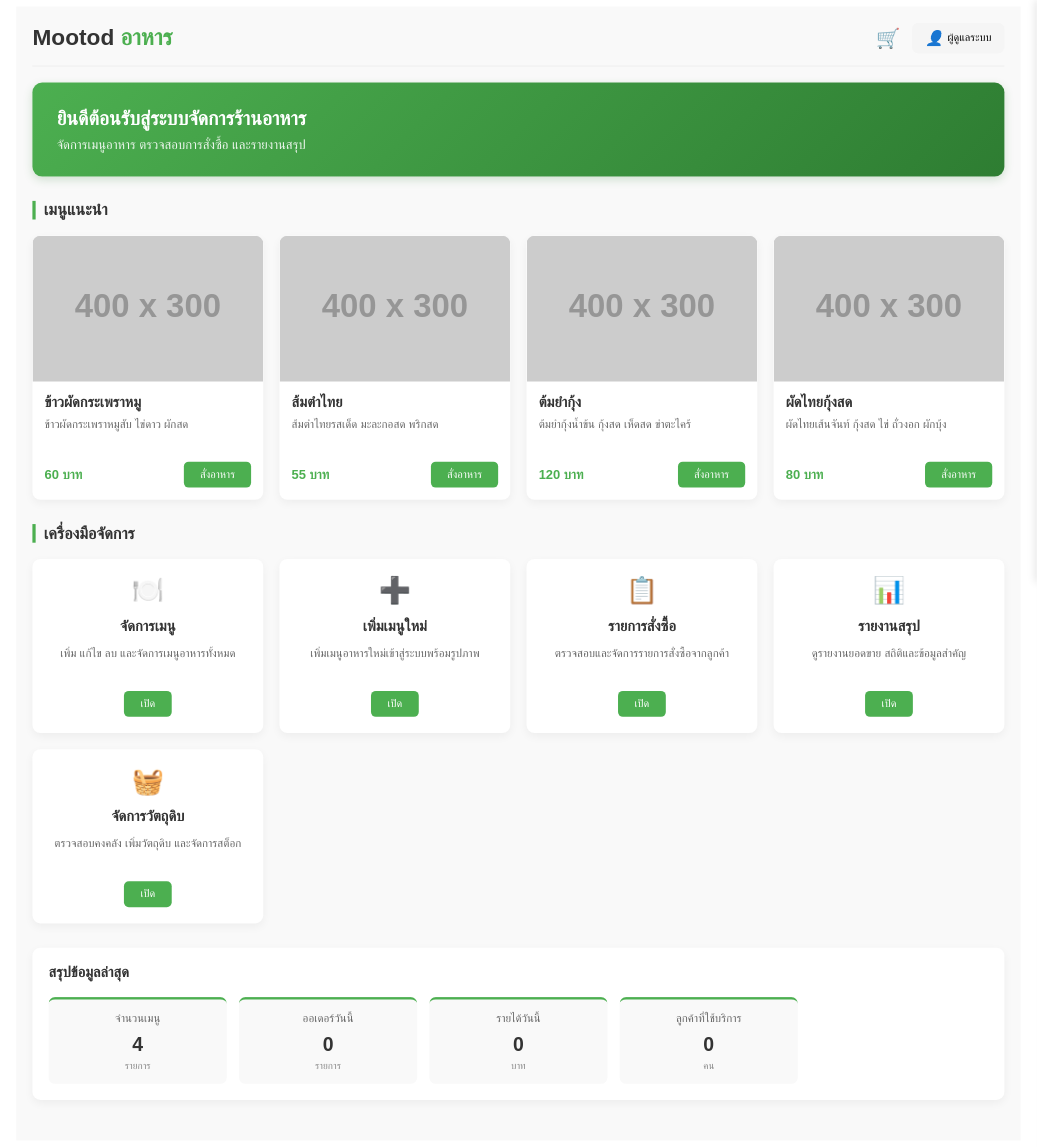
Repository: KwaunchaiJankaikot/mootod
Page: / (app in frontend/)
The author's editor kept a copy of each file at every save. The page is drawn from the files as they stood at one save, then again after a run of saves.
The browser window is 1280 px wide. The pictures show the whole page, at 81% of full size.
The page's requests for data from a server got no answer. The project was rebuilt for these pictures with package versions that can differ from the ones it lists, and the page was loaded fresh each time. No one was signed in, and anything a server would have sent is missing. Also part of the build but not shown: frontend/vue.config.js, frontend/src/components/CheckoutPage.vue, frontend/src/components/AddMenu.vue, frontend/src/components/MenuList.vue, frontend/src/components/EditMenu.vue, frontend/src/components/InventoryPage.vue.

Above is the page before, as saved 2025-04-23 00:28:06.

### frontend/public/index.html
<!DOCTYPE html>
<html lang="">
  <head>
    <meta charset="utf-8">
    <meta http-equiv="X-UA-Compatible" content="IE=edge">
    <meta name="viewport" content="width=device-width,initial-scale=1.0">
    <link rel="icon" href="<%= BASE_URL %>favicon.ico">
    <title><%= htmlWebpackPlugin.options.title %></title>
    <link href="https://fonts.googleapis.com/icon?family=Material+Icons" rel="stylesheet">
    <link rel="stylesheet" href="https://fonts.googleapis.com/css2?family=Material+Symbols+Outlined:opsz,wght,FILL,GRAD@24,400,0,0" />
  </head>
  <body>
    <noscript>
      <strong>We're sorry but <%= htmlWebpackPlugin.options.title %> doesn't work properly without JavaScript enabled. Please enable it to continue.</strong>
    </noscript>
    <div id="app"></div>
    <!-- built files will be auto injected -->
  </body>
</html>

### frontend/src/App.vue
<template>
  <div id="app">
    <router-view></router-view>
  </div>
</template>

<script>
export default {
  name: 'App',
};
</script>

### frontend/src/components/HomePage.vue
<template>
  <div class="home-container">
    <header class="header">
      <div class="logo">
        <img src="@/assets/logo.png" alt="Mootod Logo" v-if="false" />
        <h1>Mootod <span>อาหาร</span></h1>
      </div>
      <div class="right-menu">
        <div class="cart-icon" @click="toggleCart">
          <span>🛒</span>
          <span class="cart-badge" v-if="cartItems.length > 0">{{
            cartItems.length
          }}</span>
        </div>
        <button class="user-btn">
          <i class="user-icon">👤</i>
          <span>ผู้ดูแลระบบ</span>
        </button>
      </div>
    </header>

    <!-- ตะกร้าสินค้า -->
    <CartSidebar
      :cartItems="cartItems"
      :isCartOpen="isCartOpen"
      @close-cart="toggleCart"
      @remove-item="removeFromCart"
      @increase-quantity="increaseQuantity"
      @decrease-quantity="decreaseQuantity"
      @go-to-checkout="goToCheckout"
    />

    <!-- หน้าชำระเงิน -->
    <CheckoutPage
      v-if="isCheckoutModalOpen"
      :cartItems="cartItems"
      @close-checkout="closeCheckoutModal"
      @payment-success="handlePaymentSuccess"
    />

    <div class="welcome-banner">
      <div class="banner-content">
        <h2>ยินดีต้อนรับสู่ระบบจัดการร้านอาหาร</h2>
        <p>จัดการเมนูอาหาร ตรวจสอบการสั่งซื้อ และรายงานสรุป</p>
      </div>
    </div>

    <!-- แสดงรายการเมนู -->
    <h3 class="section-title">เมนูแนะนำ</h3>
    <div class="menu-cards">
      <div v-for="menu in menus" :key="menu.id" class="menu-card">
        <div class="card-image-container">
          <img :src="menu.image_url" alt="เมนูอาหาร" class="card-image" />
        </div>
        <div class="card-content">
          <h3>{{ menu.name }}</h3>
          <p>{{ menu.description }}</p>
          <div class="card-footer">
            <span class="price">{{ menu.price }} บาท</span>
            <button class="card-btn" @click="addToCart(menu)">สั่งอาหาร</button>
          </div>
        </div>
      </div>
    </div>

    <!-- ส่วนอื่นๆ ของหน้าจัดการ -->
    <h3 class="section-title">เครื่องมือจัดการ</h3>
    <div class="admin-cards">
      <div class="card" @click="goTo('menu')">
        <div class="card-icon">🍽️</div>
        <h3>จัดการเมนู</h3>
        <p>เพิ่ม แก้ไข ลบ และจัดการเมนูอาหารทั้งหมด</p>
        <button class="card-btn">เปิด</button>
      </div>

      <div class="card" @click="goTo('add-menu')">
        <div class="card-icon">➕</div>
        <h3>เพิ่มเมนูใหม่</h3>
        <p>เพิ่มเมนูอาหารใหม่เข้าสู่ระบบพร้อมรูปภาพ</p>
        <button class="card-btn">เปิด</button>
      </div>

      <div class="card" @click="goTo('orders')">
        <div class="card-icon">📋</div>
        <h3>รายการสั่งซื้อ</h3>
        <p>ตรวจสอบและจัดการรายการสั่งซื้อจากลูกค้า</p>
        <button class="card-btn">เปิด</button>
      </div>

      <div class="card" @click="goTo('reports')">
        <div class="card-icon">📊</div>
        <h3>รายงานสรุป</h3>
        <p>ดูรายงานยอดขาย สถิติและข้อมูลสำคัญ</p>
        <button class="card-btn">เปิด</button>
      </div>

      <div class="card" @click="goTo('inventorypage')">
        <div class="card-icon">🧺</div>
        <h3>จัดการวัตถุดิบ</h3>
        <p>ตรวจสอบคงคลัง เพิ่มวัตถุดิบ และจัดการสต็อก</p>
        <button class="card-btn">เปิด</button>
      </div>
    </div>

    <div class="quick-stats">
      <h3>สรุปข้อมูลล่าสุด</h3>
      <div class="stats-grid">
        <div class="stat-card">
          <h4>จำนวนเมนู</h4>
          <div class="stat-value">{{ totalMenus || menus.length }}</div>
          <div class="stat-label">รายการ</div>
        </div>

        <div class="stat-card">
          <h4>ออเดอร์วันนี้</h4>
          <div class="stat-value">0</div>
          <div class="stat-label">รายการ</div>
        </div>

        <div class="stat-card">
          <h4>รายได้วันนี้</h4>
          <div class="stat-value">0</div>
          <div class="stat-label">บาท</div>
        </div>

        <div class="stat-card">
          <h4>ลูกค้าที่ใช้บริการ</h4>
          <div class="stat-value">0</div>
          <div class="stat-label">คน</div>
        </div>
      </div>
    </div>
  </div>
</template>

<script>
import axios from "axios";
import CartSidebar from "@/components/CartSidebar.vue";
import CheckoutPage from "@/components/CheckoutPage.vue";

export default {
  name: "HomePage",
  components: {
    CartSidebar,
    CheckoutPage
  },
  data() {
    return {
      menus: [],
      totalMenus: 0,
      cartItems: [],
      isCartOpen: false,
      isCheckoutModalOpen: false,
    };
  },
  mounted() {
    this.fetchMenus();
    // โหลดข้อมูลตะกร้าจาก localStorage (ถ้ามี)
    const savedCart = localStorage.getItem("cart");
    if (savedCart) {
      this.cartItems = JSON.parse(savedCart);
    }
  },
  methods: {
    goTo(route) {
      switch (route) {
        case "menu":
          this.$router.push("/menu-list");
          break;
        case "add-menu":
          this.$router.push("/add-menu");
          break;
        case "orders":
          this.$router.push("/orders");
          break;
        case "reports":
          this.$router.push("/reports");
          break;
         case "inventorypage":
          this.$router.push("/inventorypage");
          break;
        default:
          this.$router.push("/");
      }
    },
    fetchMenus() {
      axios
        .get("http://localhost:5000/menus") // เปลี่ยนเป็น URL ของ API ที่คุณใช้
        .then((response) => {
          this.menus = response.data; // บันทึกข้อมูลเมนูใน state
          this.totalMenus = this.menus.length;
        })
        .catch((error) => {
          console.error("เกิดข้อผิดพลาดในการดึงข้อมูลเมนู:", error);

          // กรณีไม่มี API จริง ใช้ข้อมูลตัวอย่าง
          this.menus = [
            {
              id: 1,
              name: "ข้าวผัดกระเพราหมู",
              description: "ข้าวผัดกระเพราหมูสับ ไข่ดาว ผักสด",
              price: 60,
              image_url: "https://via.placeholder.com/400x300?text=กระเพราหมู"
            },
            {
              id: 2,
              name: "ส้มตำไทย",
              description: "ส้มตำไทยรสเด็ด มะละกอสด พริกสด",
              price: 55,
              image_url: "https://via.placeholder.com/400x300?text=ส้มตำไทย"
            },
            {
              id: 3,
              name: "ต้มยำกุ้ง",
              description: "ต้มยำกุ้งน้ำข้น กุ้งสด เห็ดสด ข่าตะไคร้",
              price: 120,
              image_url: "https://via.placeholder.com/400x300?text=ต้มยำกุ้ง"
            },
            {
              id: 4,
              name: "ผัดไทยกุ้งสด",
              description: "ผัดไทยเส้นจันท์ กุ้งสด ไข่ ถั่วงอก ผักบุ้ง",
              price: 80,
              image_url: "https://via.placeholder.com/400x300?text=ผัดไทย"
            }
          ];
          this.totalMenus = this.menus.length;
        });
    },
    // ฟังก์ชันเกี่ยวกับตะกร้าสินค้า
    addToCart(menu) {
      // ตรวจสอบว่ามีรายการนี้ในตะกร้าหรือไม่
      const existingItem = this.cartItems.find((item) => item.id === menu.id);

      if (existingItem) {
        // ถ้ามีอยู่แล้ว เพิ่มจำนวน
        existingItem.quantity += 1;
      } else {
        // ถ้ายังไม่มี เพิ่มรายการใหม่พร้อมจำนวน = 1
        this.cartItems.push({
          ...menu,
          quantity: 1,
        });
      }

      // บันทึกลง localStorage
      this.saveCart();

      // เปิดตะกร้าสินค้า
      this.isCartOpen = true;
    },
    toggleCart() {
      this.isCartOpen = !this.isCartOpen;
    },
    removeFromCart(index) {
      this.cartItems.splice(index, 1);
      this.saveCart();
    },
    increaseQuantity(index) {
      this.cartItems[index].quantity += 1;
      this.saveCart();
    },
    decreaseQuantity(index) {
      if (this.cartItems[index].quantity > 1) {
        this.cartItems[index].quantity -= 1;
      } else {
        // ถ้าเหลือแค่ 1 ชิ้น แล้วกดลด ให้ลบรายการออกจากตะกร้า
        this.removeFromCart(index);
      }
      this.saveCart();
    },
    saveCart() {
      localStorage.setItem("cart", JSON.stringify(this.cartItems));
    },
    // ฟังก์ชันเกี่ยวกับการชำระเงิน
    goToCheckout() {
      this.isCheckoutModalOpen = true;
      this.isCartOpen = false; // ปิดตะกร้าเมื่อไปที่หน้าชำระเงิน
    },
    closeCheckoutModal() {
      this.isCheckoutModalOpen = false;
    },
    handlePaymentSuccess() {
      // ล้างตะกร้า
      this.cartItems = [];
      this.saveCart();
      // ปิดหน้าชำระเงิน (จะถูกจัดการโดย CheckoutPage component แล้ว)
    },
  },
};
</script>

<style scoped>
.home-container {
  max-width: 1200px;
  margin: 0 auto;
  padding: 20px;
  font-family: "Prompt", "Kanit", sans-serif;
  background-color: #f9f9f9;
  position: relative;
}

/* Header */
.header {
  display: flex;
  justify-content: space-between;
  align-items: center;
  margin-bottom: 20px;
  padding-bottom: 15px;
  border-bottom: 1px solid #eaeaea;
}

.logo {
  display: flex;
  align-items: center;
}

.logo h1 {
  font-size: 28px;
  font-weight: 700;
  color: #333;
  margin: 0;
}

.logo span {
  color: #4caf50;
}

.logo img {
  height: 40px;
  margin-right: 10px;
}

.right-menu {
  display: flex;
  align-items: center;
  gap: 15px;
}

.cart-icon {
  position: relative;
  cursor: pointer;
  font-size: 24px;
}

.cart-badge {
  position: absolute;
  top: -8px;
  right: -8px;
  background-color: #f44336;
  color: white;
  border-radius: 50%;
  width: 18px;
  height: 18px;
  font-size: 12px;
  display: flex;
  align-items: center;
  justify-content: center;
}

.user-btn {
  display: flex;
  align-items: center;
  background: #f5f5f5;
  border: none;
  border-radius: 8px;
  padding: 8px 16px;
  cursor: pointer;
  transition: background-color 0.2s;
}

.user-btn:hover {
  background: #eaeaea;
}

.user-icon {
  margin-right: 5px;
  font-size: 18px;
}

/* Welcome Banner */
.welcome-banner {
  background: linear-gradient(135deg, #4caf50 0%, #2e7d32 100%);
  border-radius: 12px;
  padding: 30px;
  margin-bottom: 30px;
  color: white;
  box-shadow: 0 4px 12px rgba(46, 125, 50, 0.2);
}

.banner-content h2 {
  font-size: 24px;
  margin: 0 0 10px 0;
  font-weight: 600;
}

.banner-content p {
  font-size: 16px;
  margin: 0;
  opacity: 0.9;
}

/* Section Titles */
.section-title {
  font-size: 20px;
  font-weight: 600;
  color: #333;
  margin-top: 30px;
  margin-bottom: 20px;
  border-left: 4px solid #4caf50;
  padding-left: 10px;
}

/* Menu Cards - แสดงเมนูอาหาร */
.menu-cards {
  display: grid;
  grid-template-columns: repeat(auto-fill, minmax(280px, 1fr));
  gap: 20px;
  margin-bottom: 30px;
}

.menu-card {
  background: white;
  border-radius: 10px;
  overflow: hidden;
  box-shadow: 0 4px 12px rgba(0, 0, 0, 0.05);
  transition: transform 0.3s ease, box-shadow 0.3s ease;
  cursor: pointer;
}

.menu-card:hover {
  transform: translateY(-5px);
  box-shadow: 0 8px 20px rgba(0, 0, 0, 0.1);
}

.card-image-container {
  width: 100%;
  height: 180px;
  overflow: hidden;
}

.card-image {
  width: 100%;
  height: 100%;
  object-fit: cover;
  transition: transform 0.3s ease;
}

.menu-card:hover .card-image {
  transform: scale(1.05);
}

.card-content {
  padding: 15px;
}

.card-content h3 {
  font-size: 18px;
  margin: 0 0 8px 0;
  color: #333;
}

.card-content p {
  font-size: 14px;
  color: #666;
  margin: 0 0 15px 0;
  height: 40px;
  overflow: hidden;
  display: -webkit-box;
  -webkit-line-clamp: 2;
  -webkit-box-orient: vertical;
}

.card-footer {
  display: flex;
  justify-content: space-between;
  align-items: center;
}

.price {
  font-weight: 600;
  color: #4caf50;
}

/* Admin Cards - การ์ดจัดการระบบ */
.admin-cards {
  display: grid;
  grid-template-columns: repeat(auto-fill, minmax(250px, 1fr));
  gap: 20px;
  margin-bottom: 30px;
}

.card {
  background: white;
  border-radius: 10px;
  padding: 20px;
  box-shadow: 0 4px 12px rgba(0, 0, 0, 0.05);
  text-align: center;
  transition: transform 0.3s ease, box-shadow 0.3s ease;
  cursor: pointer;
}

.card:hover {
  transform: translateY(-5px);
  box-shadow: 0 8px 20px rgba(0, 0, 0, 0.1);
}

.card-icon {
  font-size: 32px;
  margin-bottom: 15px;
}

.card h3 {
  font-size: 18px;
  margin: 0 0 10px 0;
  color: #333;
}

.card p {
  color: #666;
  font-size: 14px;
  margin-bottom: 15px;
  height: 40px;
  overflow: hidden;
  display: -webkit-box;
  -webkit-line-clamp: 2;
  -webkit-box-orient: vertical;
}

.card-btn {
  background-color: #4caf50;
  color: white;
  border: none;
  padding: 8px 20px;
  border-radius: 6px;
  cursor: pointer;
  font-weight: 500;
  transition: background-color 0.2s;
}

.card-btn:hover {
  background-color: #45a049;
}

/* Quick Stats */
.quick-stats {
  background: white;
  border-radius: 10px;
  padding: 20px;
  box-shadow: 0 4px 12px rgba(0, 0, 0, 0.05);
  margin-bottom: 30px;
}

.quick-stats h3 {
  margin-top: 0;
  margin-bottom: 20px;
  color: #333;
  font-size: 18px;
  font-weight: 600;
}

.stats-grid {
  display: grid;
  grid-template-columns: repeat(auto-fill, minmax(200px, 1fr));
  gap: 15px;
}

.stat-card {
  background: #f9f9f9;
  padding: 15px;
  border-radius: 8px;
  text-align: center;
  border-top: 3px solid #4caf50;
}

.stat-card h4 {
  font-size: 14px;
  font-weight: 500;
  color: #666;
  margin: 0 0 10px 0;
}

.stat-value {
  font-size: 24px;
  font-weight: 600;
  color: #333;
  margin-bottom: 5px;
}

.stat-label {
  font-size: 12px;
  color: #888;
}

/* Responsive */
@media (max-width: 768px) {
  .menu-cards,
  .admin-cards {
    grid-template-columns: repeat(auto-fill, minmax(220px, 1fr));
  }

  .welcome-banner {
    padding: 25px;
  }

  .banner-content h2 {
    font-size: 22px;
  }
}

@media (max-width: 480px) {
  .home-container {
    padding: 15px;
  }

  .header {
    flex-direction: column;
    align-items: flex-start;
  }

  .right-menu {
    margin-top: 15px;
    width: 100%;
    justify-content: space-between;
  }

  .menu-cards,
  .admin-cards {
    grid-template-columns: 1fr;
  }

  .welcome-banner {
    padding: 20px;
  }

  .stats-grid {
    grid-template-columns: 1fr 1fr;
  }

  .card-image-container {
    height: 160px;
  }
}
</style>

Loaded but not shown: frontend/src/router/index.js (43 lines, source omitted); frontend/src/main.js (7 lines, source omitted); frontend/src/components/CartSidebar.vue (258 lines, source omitted)

After the next 4 saves:
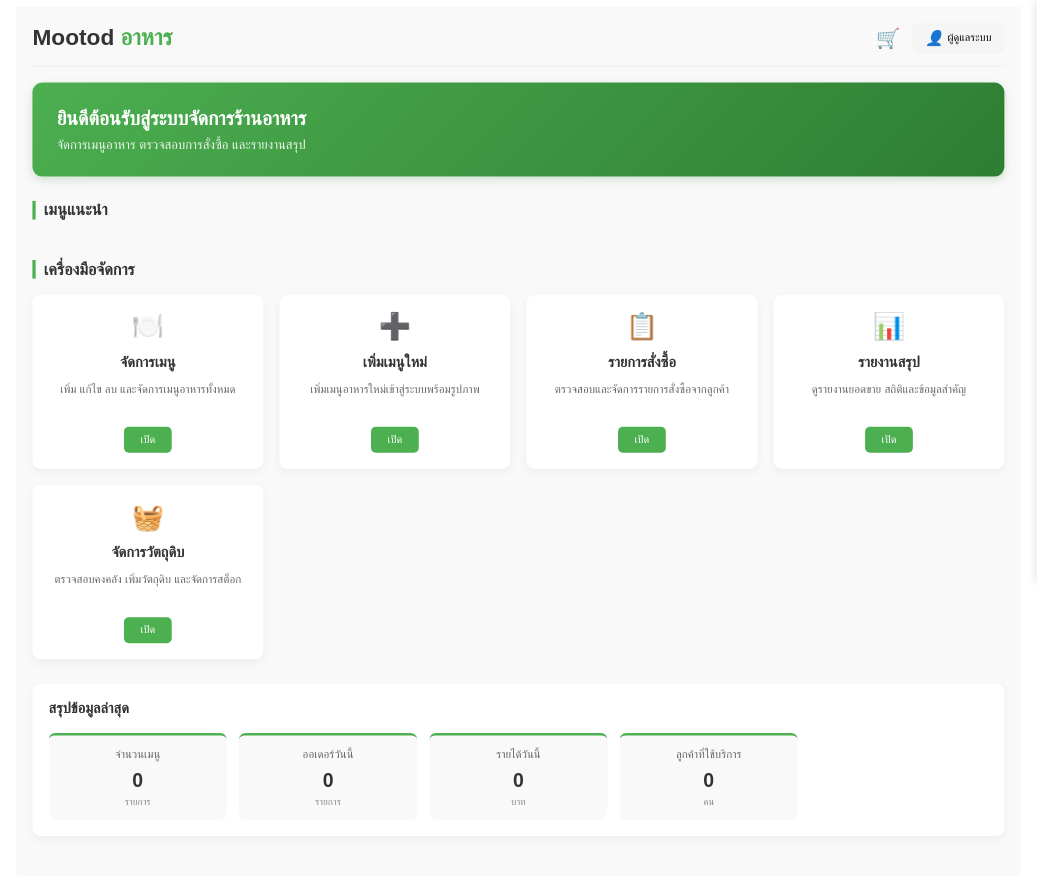
The 4 saves are shown as one change because they came seconds apart.
The last was saved 95 s later.
--- a/frontend/src/components/HomePage.vue
+++ b/frontend/src/components/HomePage.vue
@@ -193,37 +193,6 @@
         .catch((error) => {
           console.error("เกิดข้อผิดพลาดในการดึงข้อมูลเมนู:", error);
 
-          // กรณีไม่มี API จริง ใช้ข้อมูลตัวอย่าง
-          this.menus = [
-            {
-              id: 1,
-              name: "ข้าวผัดกระเพราหมู",
-              description: "ข้าวผัดกระเพราหมูสับ ไข่ดาว ผักสด",
-              price: 60,
-              image_url: "https://via.placeholder.com/400x300?text=กระเพราหมู"
-            },
-            {
-              id: 2,
-              name: "ส้มตำไทย",
-              description: "ส้มตำไทยรสเด็ด มะละกอสด พริกสด",
-              price: 55,
-              image_url: "https://via.placeholder.com/400x300?text=ส้มตำไทย"
-            },
-            {
-              id: 3,
-              name: "ต้มยำกุ้ง",
-              description: "ต้มยำกุ้งน้ำข้น กุ้งสด เห็ดสด ข่าตะไคร้",
-              price: 120,
-              image_url: "https://via.placeholder.com/400x300?text=ต้มยำกุ้ง"
-            },
-            {
-              id: 4,
-              name: "ผัดไทยกุ้งสด",
-              description: "ผัดไทยเส้นจันท์ กุ้งสด ไข่ ถั่วงอก ผักบุ้ง",
-              price: 80,
-              image_url: "https://via.placeholder.com/400x300?text=ผัดไทย"
-            }
-          ];
           this.totalMenus = this.menus.length;
         });
     },

After the 2 saves that followed:
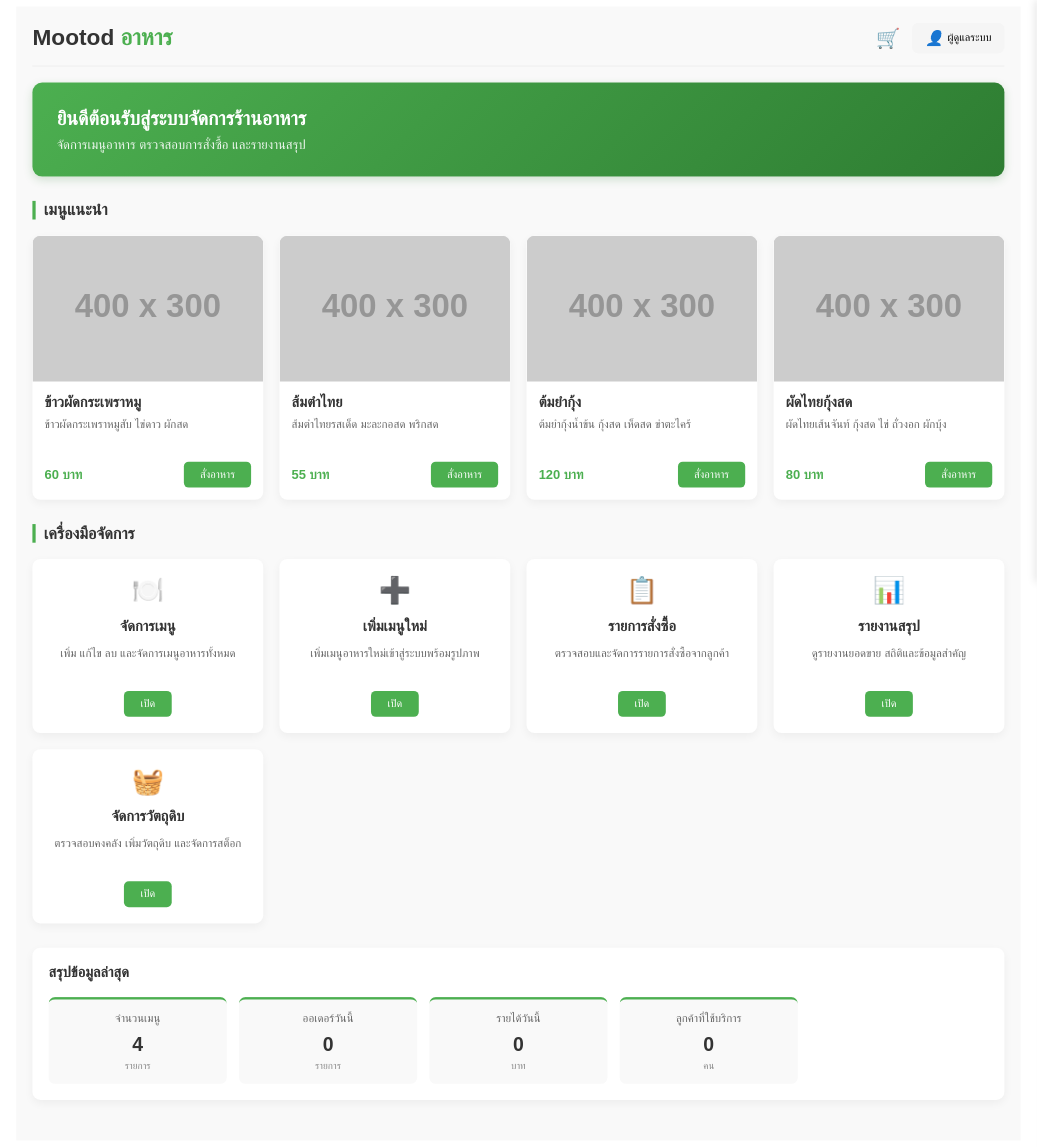
The 2 saves are shown as one change because 1 left the picture as it was.
The last was saved 12 s later.
--- a/frontend/src/components/HomePage.vue
+++ b/frontend/src/components/HomePage.vue
@@ -193,6 +193,37 @@
         .catch((error) => {
           console.error("เกิดข้อผิดพลาดในการดึงข้อมูลเมนู:", error);
 
+          // กรณีไม่มี API จริง ใช้ข้อมูลตัวอย่าง
+          this.menus = [
+            {
+              id: 1,
+              name: "ข้าวผัดกระเพราหมู",
+              description: "ข้าวผัดกระเพราหมูสับ ไข่ดาว ผักสด",
+              price: 60,
+              image_url: "https://via.placeholder.com/400x300?text=กระเพราหมู"
+            },
+            {
+              id: 2,
+              name: "ส้มตำไทย",
+              description: "ส้มตำไทยรสเด็ด มะละกอสด พริกสด",
+              price: 55,
+              image_url: "https://via.placeholder.com/400x300?text=ส้มตำไทย"
+            },
+            {
+              id: 3,
+              name: "ต้มยำกุ้ง",
+              description: "ต้มยำกุ้งน้ำข้น กุ้งสด เห็ดสด ข่าตะไคร้",
+              price: 120,
+              image_url: "https://via.placeholder.com/400x300?text=ต้มยำกุ้ง"
+            },
+            {
+              id: 4,
+              name: "ผัดไทยกุ้งสด",
+              description: "ผัดไทยเส้นจันท์ กุ้งสด ไข่ ถั่วงอก ผักบุ้ง",
+              price: 80,
+              image_url: "https://via.placeholder.com/400x300?text=ผัดไทย"
+            }
+          ];
           this.totalMenus = this.menus.length;
         });
     },
